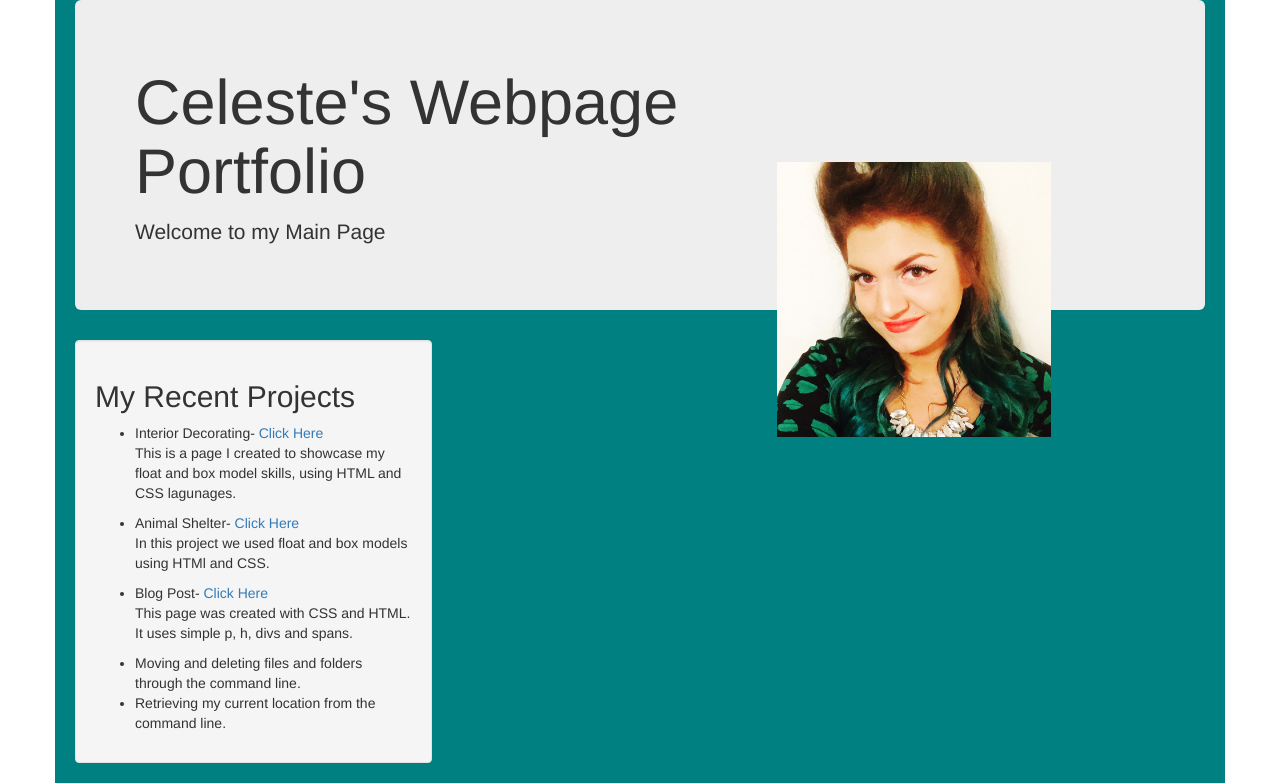
Repository: fieldceleste/portfolio-celeste
Page: portfolio-celeste.html
These files come from the project's save history. The page is drawn as it stood at one moment and after the next save; the edit follows.
The browser window is 1280 px wide. The pictures show the whole page.

Above is the page before, as saved 2019-11-01 15:35:02.

After the next save:
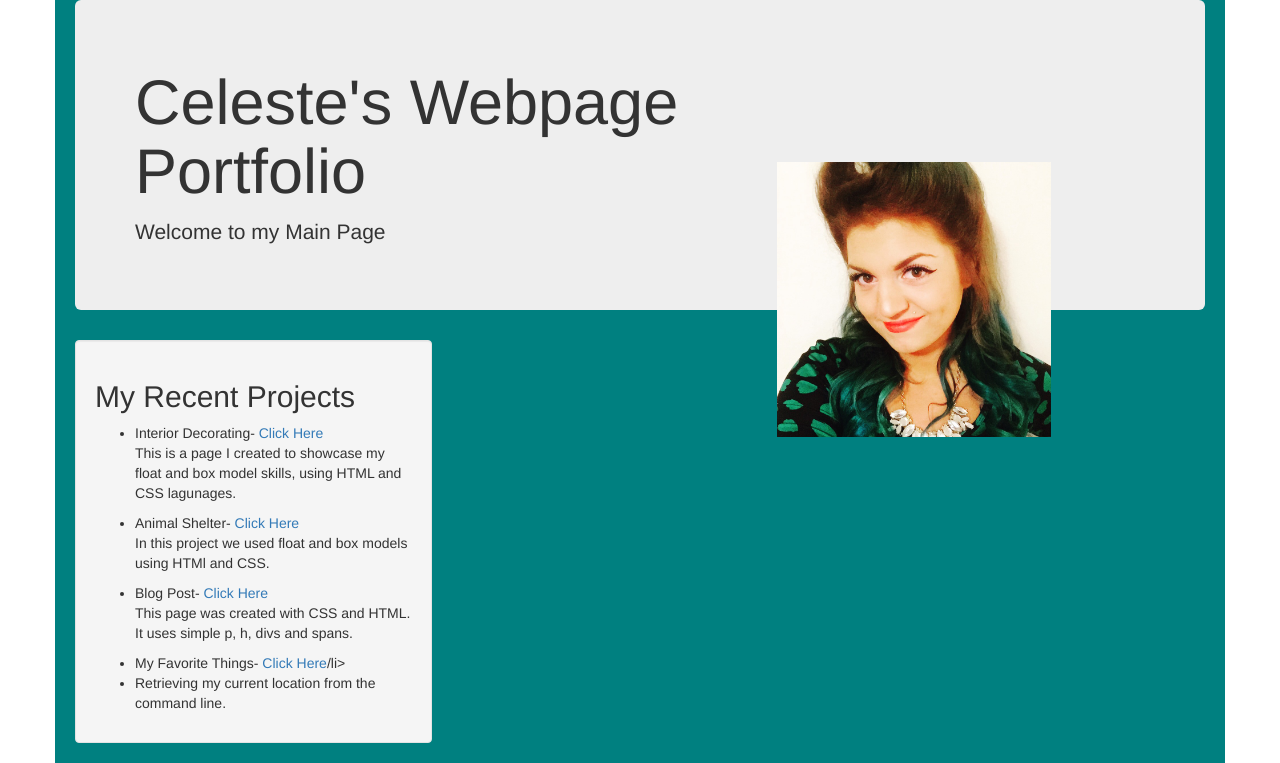
Saved 4 min 50 s later.
--- a/portfolio-celeste.html
+++ b/portfolio-celeste.html
@@ -18,8 +18,8 @@
                 <ul>
                  <li>Interior Decorating- <a herf="https://github.com/fieldceleste/interior-decorator">Click Here</a><p>This is a page I created to showcase my float and box model skills, using HTML and CSS lagunages.</p></li>
                   <li>Animal Shelter- <a herf="https://github.com/fieldceleste/animal-shelter">Click Here</a><p>In this project we used float and box models using HTMl and CSS.</p></li>
-                  <li> Blog Post- <a herf="file:///Users/apple/Desktop/git-pages/blog-post/blog-post.html">Click Here</a><p>This page was created with CSS and HTML. It uses simple p, h, divs and spans. </p></li>
-                  <li>Moving and deleting files and folders through the command line.</li>
+                  <li> Blog Post- <a herf="https://github.com/fieldceleste/blog-post">Click Here</a><p>This page was created with CSS and HTML. It uses simple p, h, divs and spans. </p></li>
+                  <li>My Favorite Things- <a herf="https://github.com/fieldceleste/my-first-webpage/blob/master/my-favorite-foods.html">Click Here</a>/li>
                   <li>Retrieving my current location from the command line.</li>
                 </ul>
               </div>
